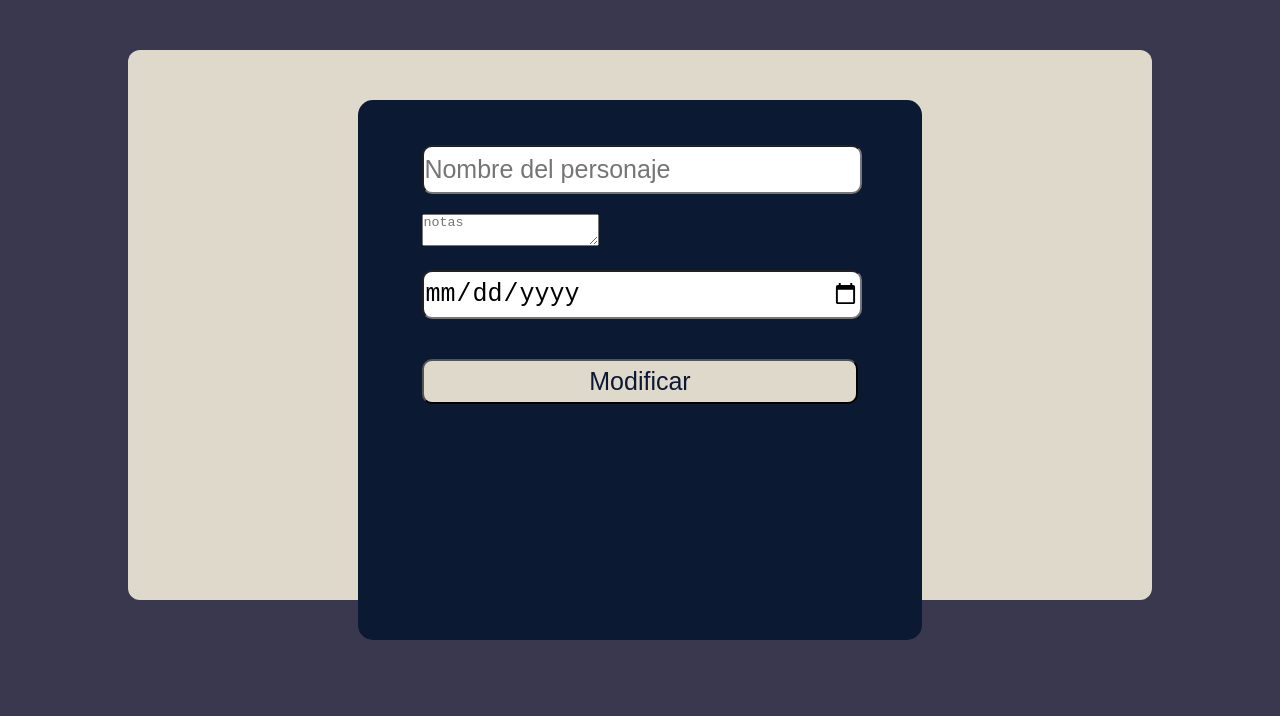
Repository: UAQJavaEveris/ProyectoFinalEdwin
Page: http://localhost/FrontOperativo/modificarPersonaje.jsp
An editor plug-in stored every save of this project. The page is shown before and after the next save, followed by the edit.
The browser window is 1280 px wide. The pictures show the whole page.
The page is served by Tomcat 9.

Above is the page before, as saved 2016-12-09 18:08:02.

After the next save:
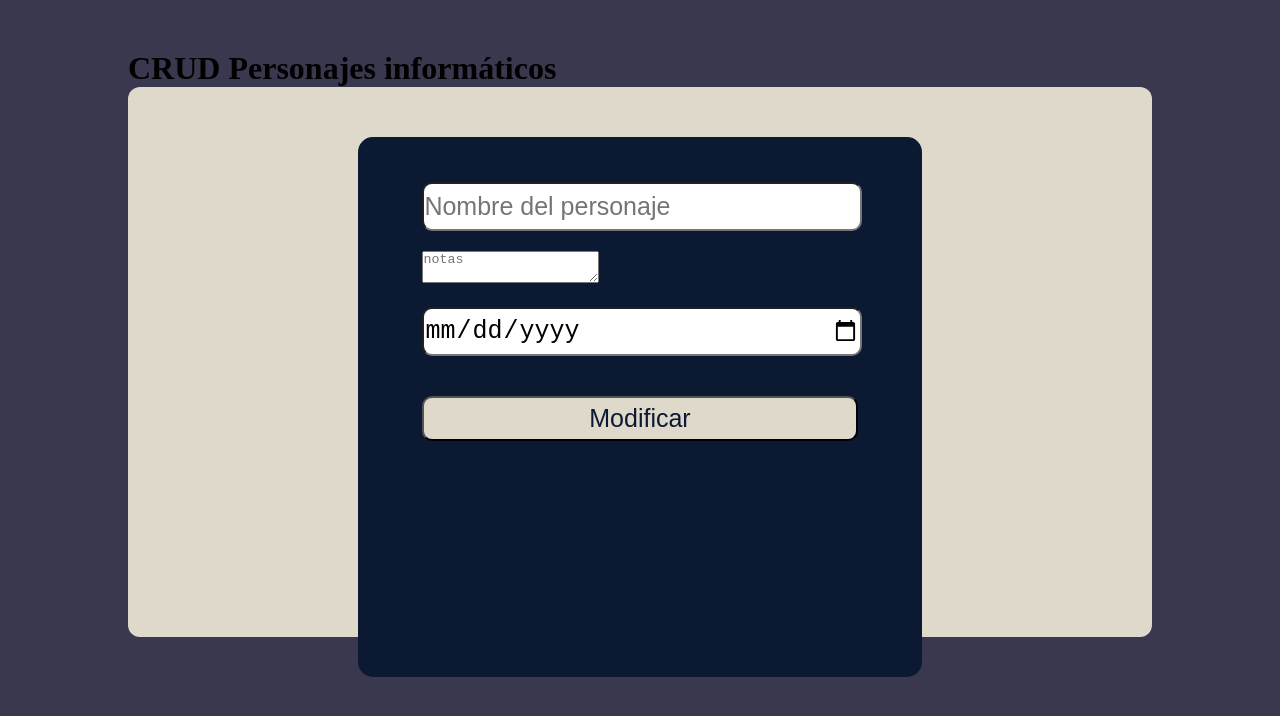
Saved 41 s later.
--- a/FrontOperativo/WebContent/modificarPersonaje.jsp
+++ b/FrontOperativo/WebContent/modificarPersonaje.jsp
@@ -17,7 +17,7 @@
 </head>
 <body>
 <div class="encabezado">
-
+	<h1>CRUD Personajes informáticos</h1>
 </div>
 
 <div class="contenido">
